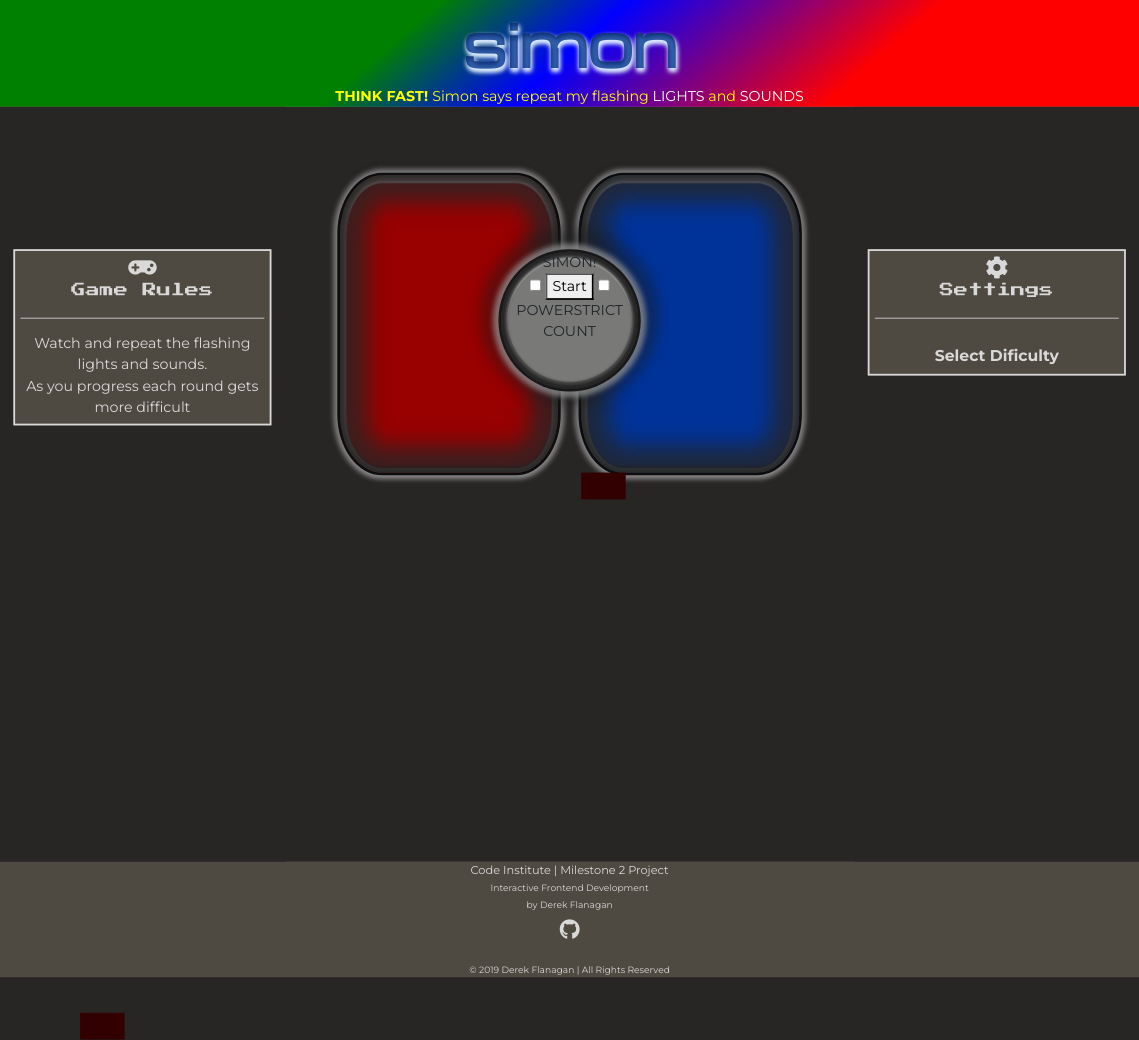
Repository: ThePixel8or/milestone-project-2
Page: index.html
The author's editor kept a record of every edit. The page is drawn from the files as they stood at one moment, then again after the next edit.
The browser window is 1280 px wide. The pictures show the whole page, at 89% of full size.
Some web libraries are served in a nearby version.

Above is the page before.

After the next edit:
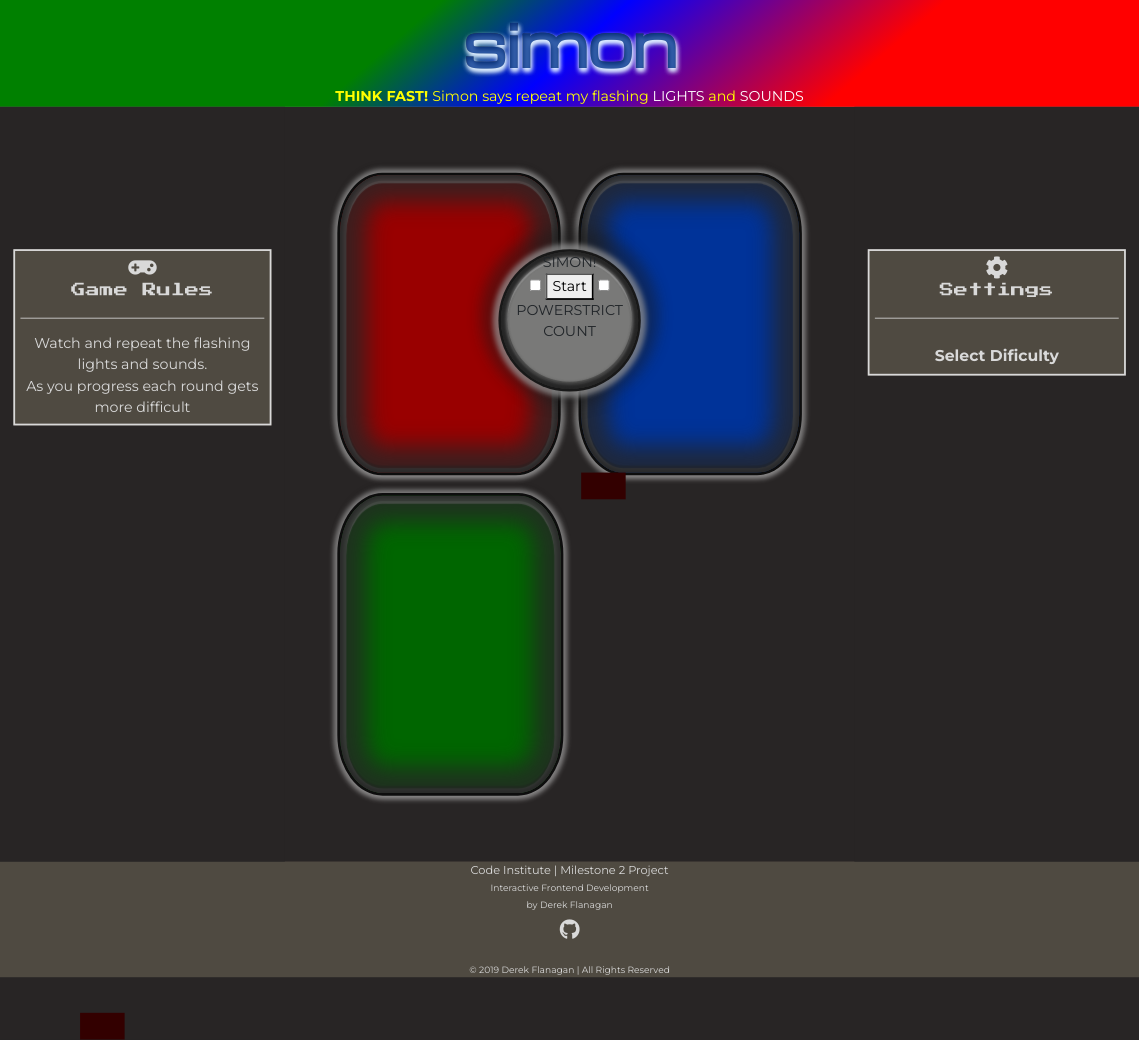
The edit:
--- a/assets/css/style.css
+++ b/assets/css/style.css
@@ -100,7 +100,7 @@
 
 /*  } */
 
-#bottomleft {
+#button3 {
     background-color: #006600;
 
  border: solid 3px #0d0d0d; /* fallback colour */
